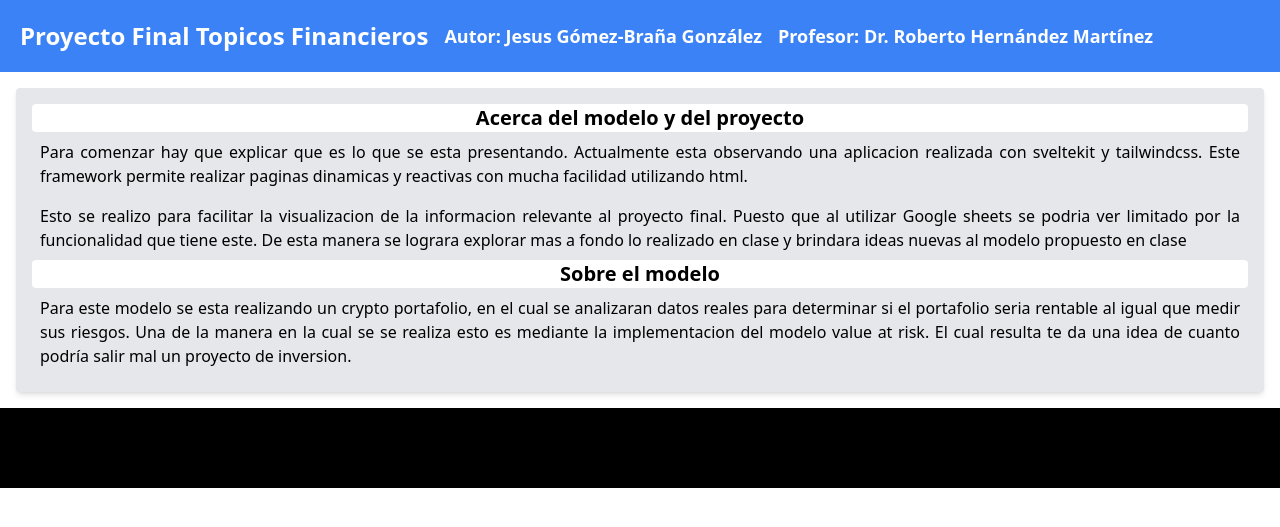
Repository: SistemaACT/Portafolio
Page: /
An editor plug-in stored every save of this project. The page is shown before and after the next save, followed by the edit.
The browser window is 1280 px wide. The pictures show the whole page.
The page's requests for data from a server got no answer. The project was rebuilt for these pictures with package versions that can differ from the ones it lists, and the page was loaded fresh each time. The framework's server and built-in components were replaced by stand-ins that run in the browser. No one was signed in, and anything a server would have sent is missing. Also part of the build but not shown: svelte.config.js, vite.config.ts.

Above is the page before, as saved 2024-07-07 12:18:37.

After the next save:
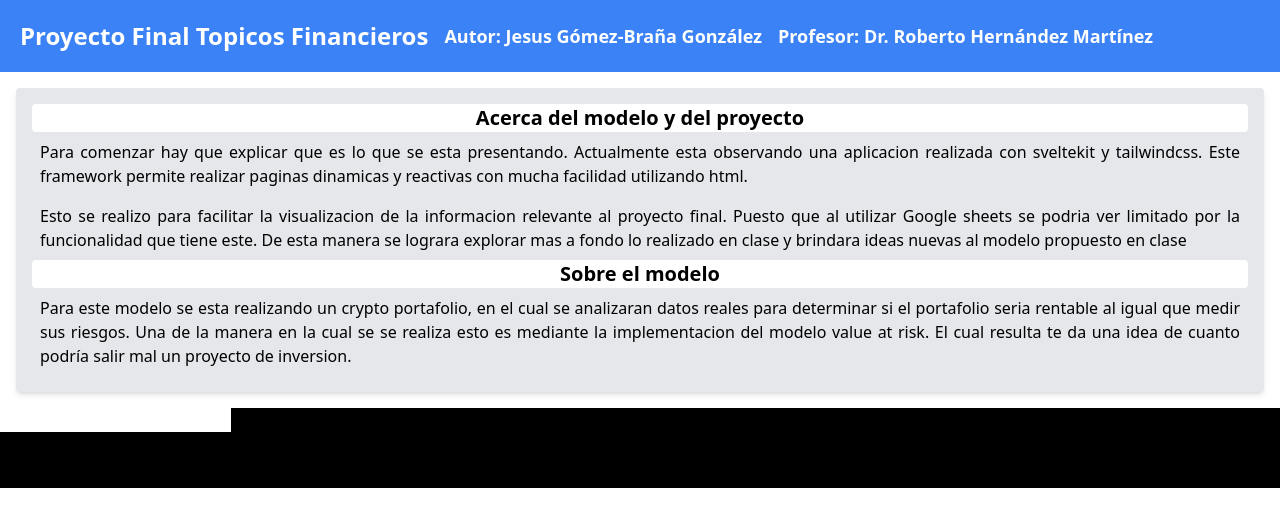
Saved 72 s later.
--- a/src/routes/+page.svelte
+++ b/src/routes/+page.svelte
@@ -58,6 +58,7 @@
 </div>
 
 <form class="w-full bg-black h-20" >
+<input type="text" list="selected_coin">
 <datalist class="border border-black bg-white h-10 w-10" id="Selected_coin" >
 {#if coins}
   {#each coins as coin }
